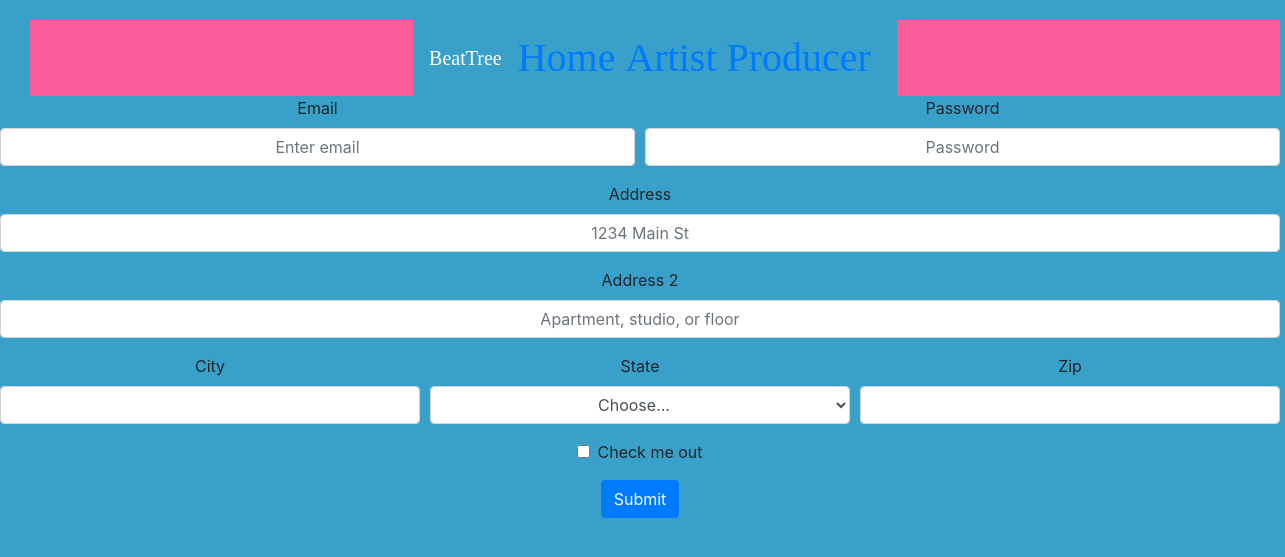
Repository: kellysciandra/beattree
Page: /signup
These files come from the project's save history. The page is drawn as it stood at one moment and after the next save; the edit follows.
The browser window is 1280 px wide. The page is 1285 px wide, so the pictures cover 1285 px, including what lies to the right of the window. The pictures show the whole page.
The project was rebuilt for these pictures with package versions that can differ from the ones it lists, and the page was loaded fresh each time. Also part of the build but not shown: src/components/layout/Home.js, src/components/artist/Artist.js, src/components/producer/Producer.js, src/components/MusicSection.js, src/components/signup/ArtistSignup.js, src/components/signup/ProducerSignup.js.

Above is the page before, as saved 2019-12-22 11:34:31.

After the next save:
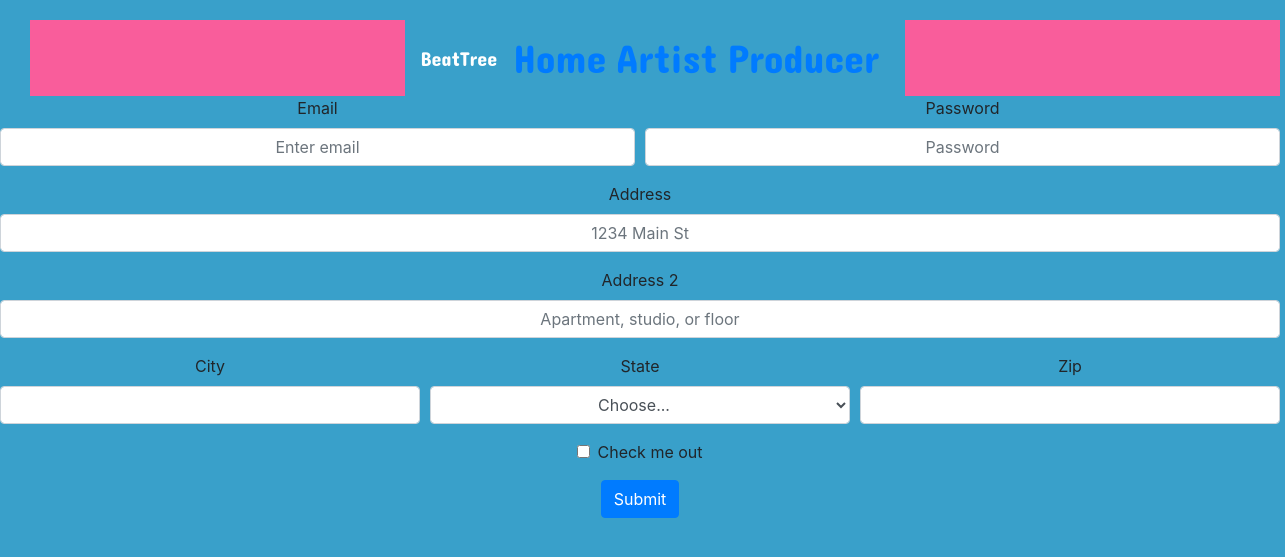
Saved 24 s later.
--- a/src/css/style.scss
+++ b/src/css/style.scss
@@ -59,7 +59,7 @@
 
 .nav-bar {
   text-align: center;
-  font-family: 'Alegreya', serif;
+  font-family: 'Concert One', cursive;
   margin-top: 20px;
   margin-left: 30px;
   font-size: 40px;
